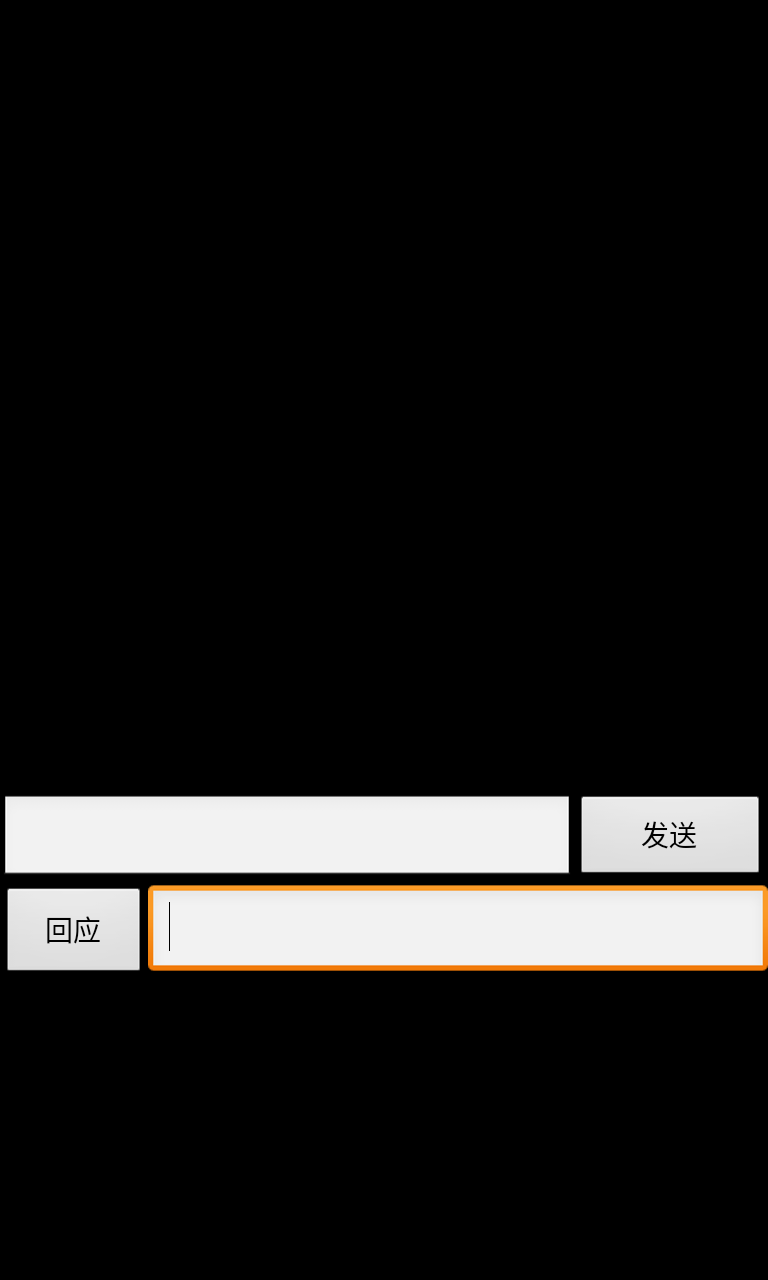
Repository: wobutianl/suntec_telli
Layout: ThreadTest/res/layout/main.xml
The author's editor kept a copy of each file at every save. The layout is drawn from the files as they stood at one save, then again after the next save.
It is drawn on a 768 x 1280 px phone screen (xhdpi) without system bars, with theme android:Theme; the app's code is not run. Lists and similar views that code fills are empty.

Above is the layout before, as saved 2014-09-09 03:43:18.

After the next save:
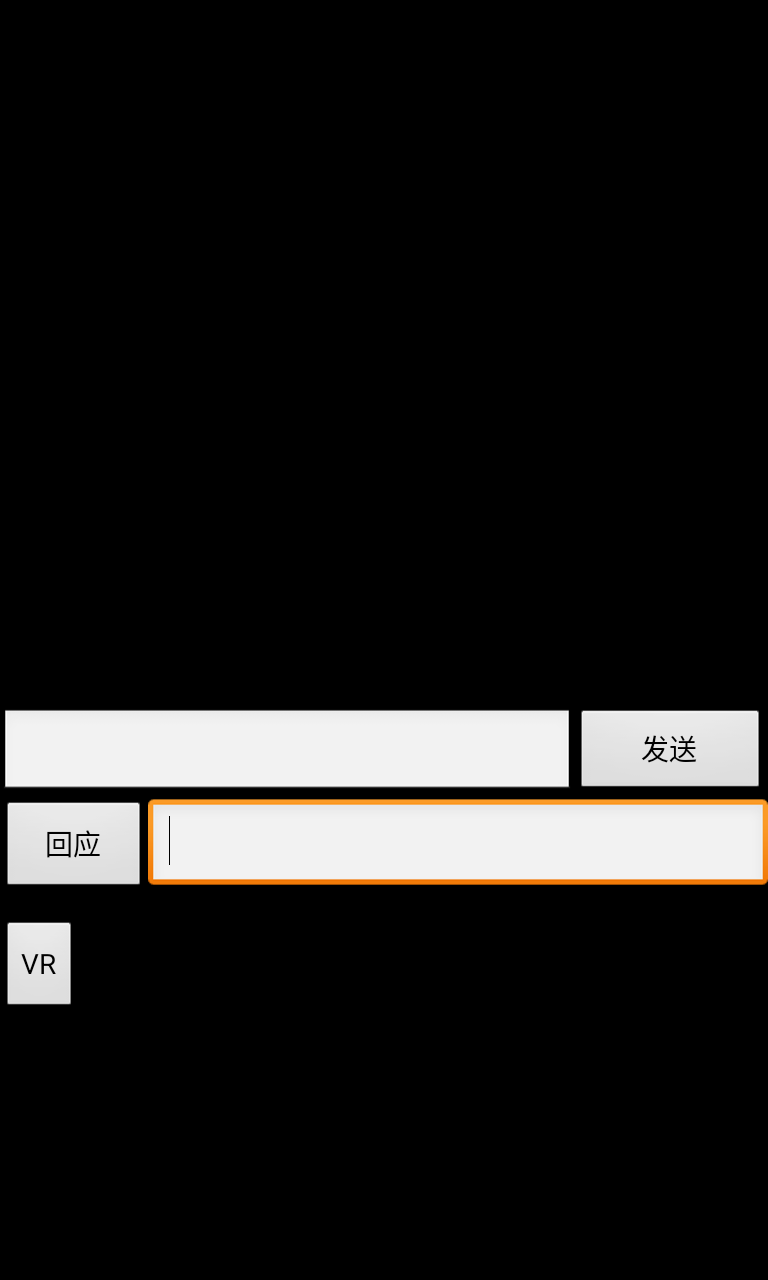
Saved 2 min 17 s later.
--- a/ThreadTest/res/layout/main.xml
+++ b/ThreadTest/res/layout/main.xml
@@ -12,8 +12,7 @@
 
 		<ListView
 			android:id="@+id/listView1"
-			android:layout_width="match_parent"
-			android:layout_height="397dp"></ListView>
+			android:layout_width="match_parent" android:layout_height="354dp"></ListView>
 	</LinearLayout>
 
 	<LinearLayout
@@ -41,8 +40,7 @@
 	<LinearLayout
 		android:layout_height="wrap_content"
 		android:layout_width="match_parent"
-		android:id="@+id/linearLayout3"
-		android:layout_weight="1.22">
+		android:id="@+id/linearLayout3" android:layout_weight="0.09">
 
 		<Button
 			android:id="@+id/resBtn"
@@ -59,4 +57,9 @@
 			<requestFocus></requestFocus>
 		</EditText>
 	</LinearLayout>
+	<Button
+		android:layout_width="wrap_content"
+		android:layout_height="wrap_content"
+		android:text="VR"
+		android:id="@+id/vrBtn"></Button>
 </LinearLayout>
